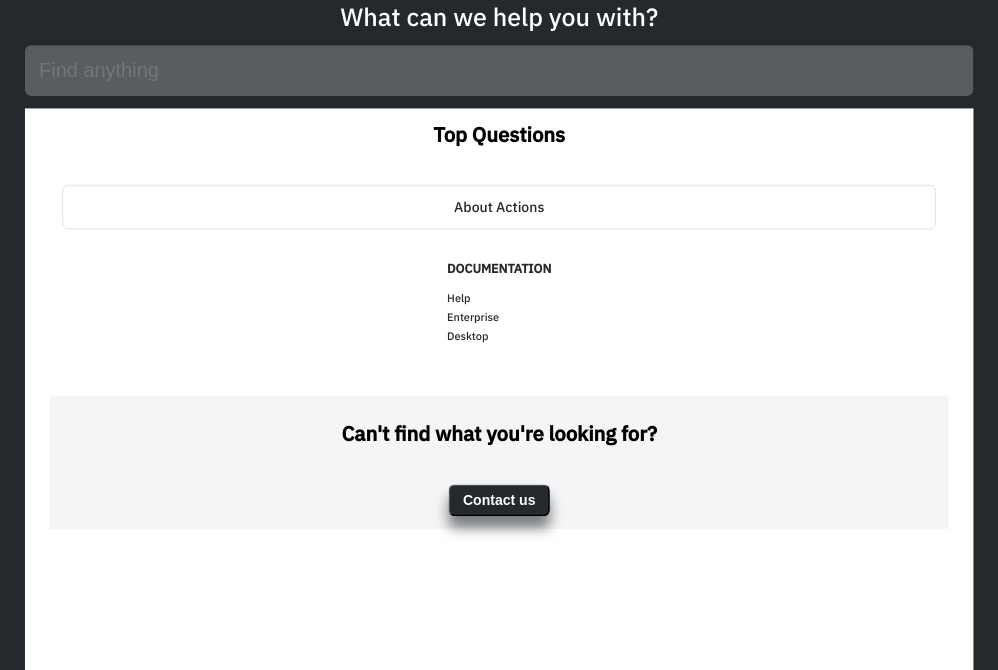
Repository: Hcmwebs/Help-Center-UI-
Page: index.html
These files come from the project's save history. The page is drawn as it stood at one moment and after the next save; the edit follows.
The browser window is 1280 px wide. The pictures show the whole page, at 78% of full size.
The style sheet was rebuilt from its Sass, Less or Tailwind sources for each picture, by a compiler version that may differ from the author's.

Above is the page before, as saved 2020-08-26 00:35:18.

After the next save:
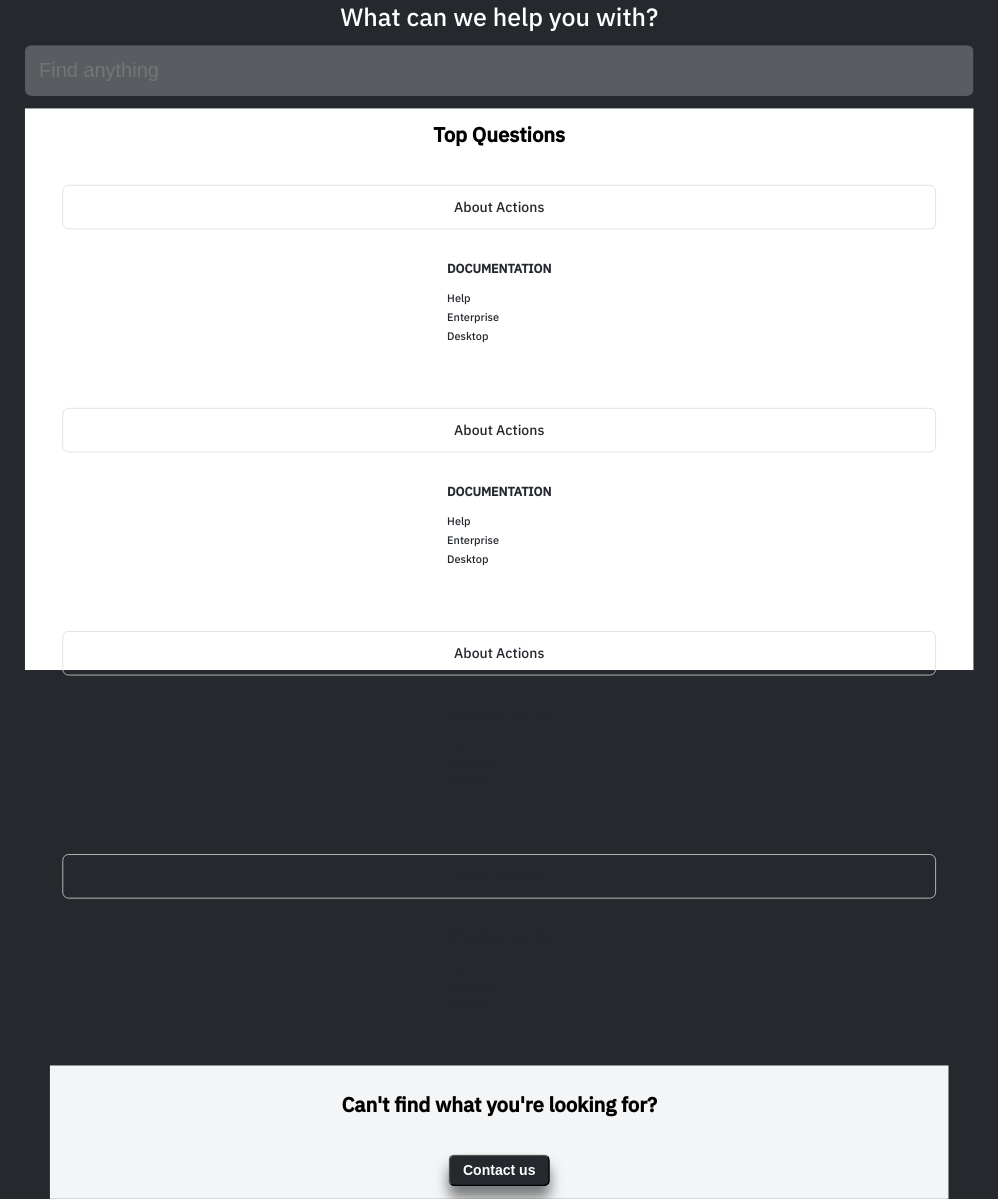
Saved 3 min 0 s later.
--- a/index.html
+++ b/index.html
@@ -37,6 +37,48 @@
                 </div>
             </div>
 
+            <div class="card-item">
+                <div class="card-item-head">
+                    <h3>About Actions</h3>
+                </div>
+                <div class="card-item-body">
+                    <h4>documentation</h4>
+                    <ul>
+                        <li>Help</li>
+                        <li>Enterprise</li>
+                        <li>Desktop</li>
+                    </ul>
+                </div>
+            </div>
+
+            <div class="card-item">
+                <div class="card-item-head">
+                    <h3>About Actions</h3>
+                </div>
+                <div class="card-item-body">
+                    <h4>documentation</h4>
+                    <ul>
+                        <li>Help</li>
+                        <li>Enterprise</li>
+                        <li>Desktop</li>
+                    </ul>
+                </div>
+            </div>
+
+            <div class="card-item">
+                <div class="card-item-head">
+                    <h3>About Actions</h3>
+                </div>
+                <div class="card-item-body">
+                    <h4>documentation</h4>
+                    <ul>
+                        <li>Help</li>
+                        <li>Enterprise</li>
+                        <li>Desktop</li>
+                    </ul>
+                </div>
+            </div>
+
 
             <!--****card--footer**** -->
             <div class="card-footer">
